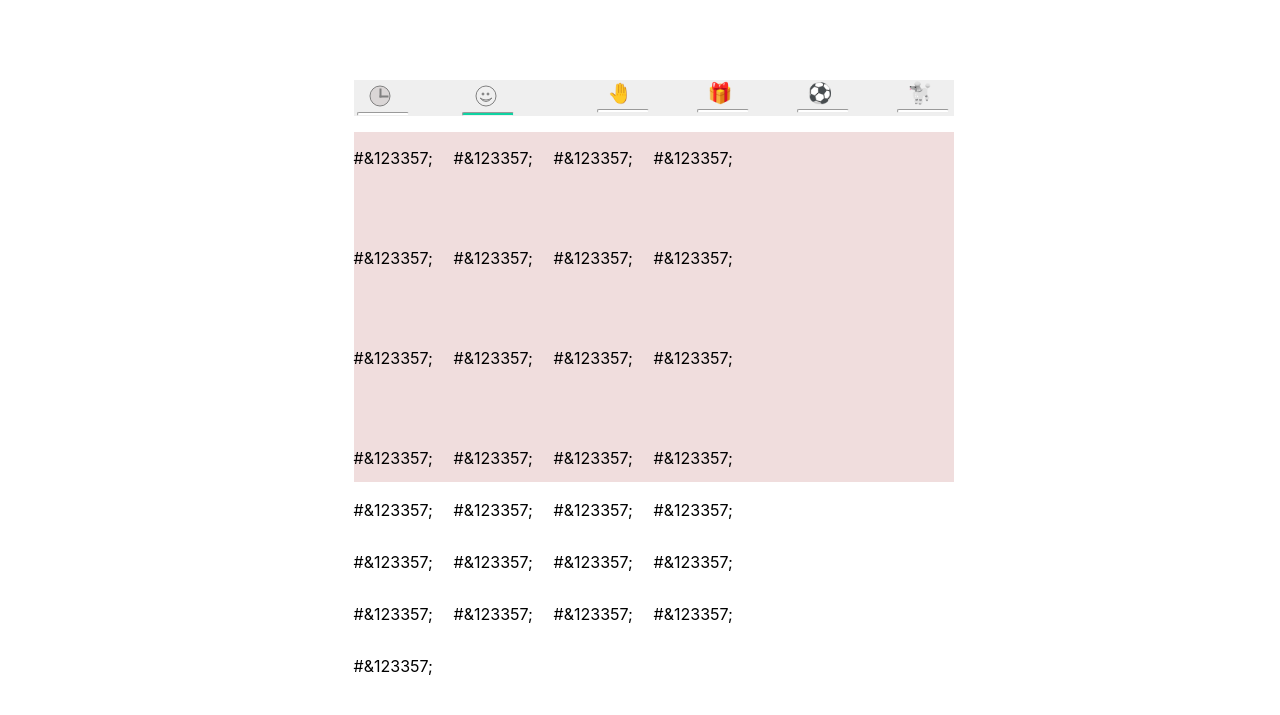
Repository: Gaj123-coder/emoji-search-app
Page: /
An editor plug-in stored every save of this project. The page is shown before and after the next save, followed by the edit.
The browser window is 1280 px wide. The pictures show the whole page.
The project was rebuilt for these pictures with package versions that can differ from the ones it lists, and the page was loaded fresh each time.

Above is the page before, as saved 2021-10-31 12:26:39.

After the next save:
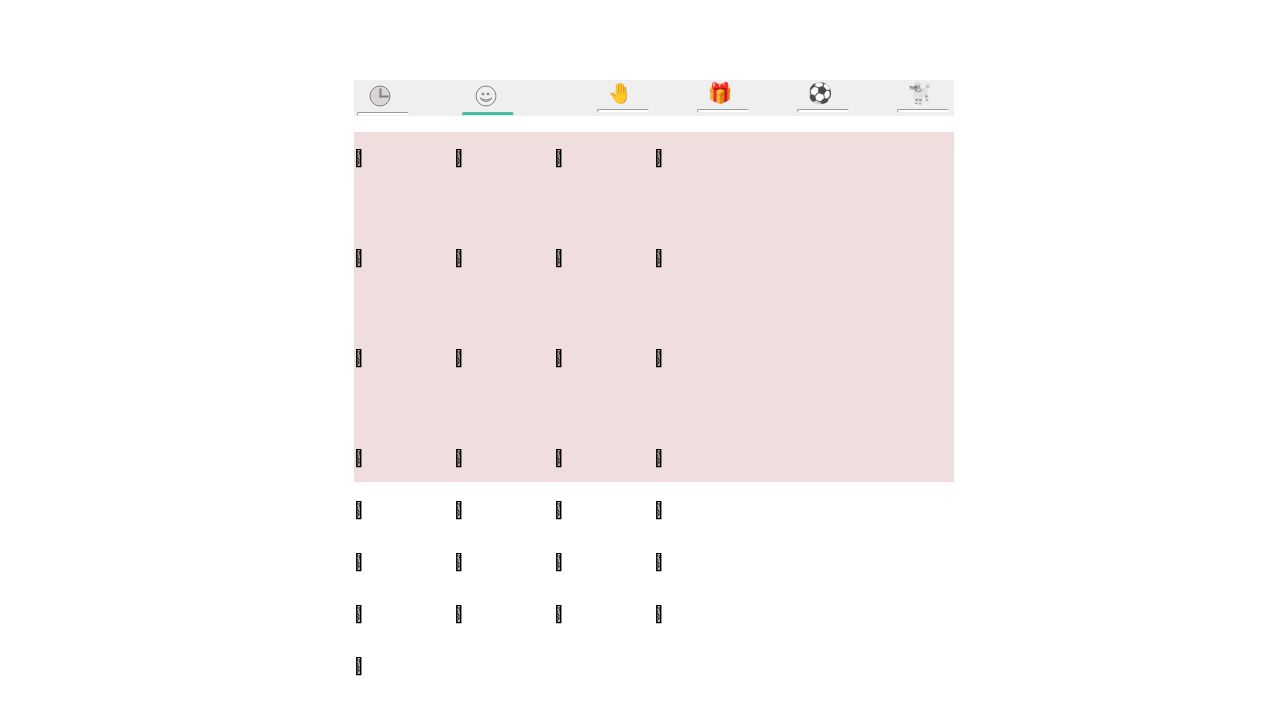
Saved 12 s later.
--- a/src/Components/Result/result.js
+++ b/src/Components/Result/result.js
@@ -13,7 +13,7 @@ const Res=(props)=>{
     return (
         <div className={Em["emoji"]}>
             {data.map((val)=>{return <div>
-                    <p>#&123357;</p>
+                    <p>&#123357;</p>
                 </div>
             })}
         </div>
